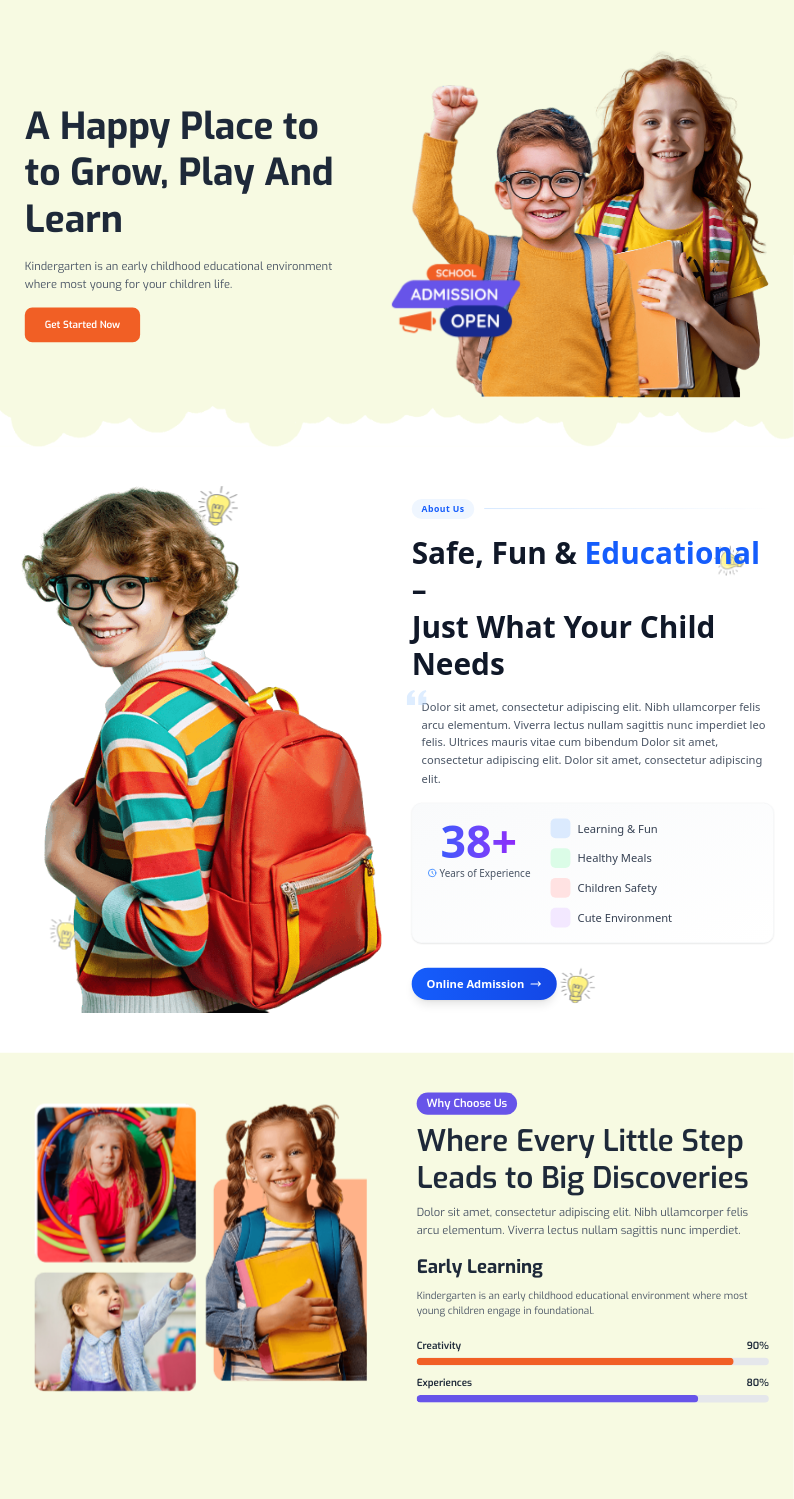
Repository: deepak445566/school
Page: / (app in okwork/)
The author's editor kept a copy of each file at every save. The page is drawn from the files as they stood at one save, then again after the next save.
The browser window is 1280 px wide. The pictures show the whole page, at 62% of full size.
Some web fonts or font styles are not loaded; a fallback is used. The project was rebuilt for these pictures with package versions that can differ from the ones it lists, and the page was loaded fresh each time. Some packages were replaced by stand-ins written for this rebuild. Also part of the build but not shown: okwork/vite.config.js.

Above is the page before, as saved 2026-02-18 18:58:48.

### okwork/index.html
<!doctype html>
<html lang="en">
  <head>
    <meta charset="UTF-8" />
    <link rel="icon" type="image/svg+xml" href="/vite.svg" />
    <meta name="viewport" content="width=device-width, initial-scale=1.0" />
    <title>okwork</title>
    <link rel="preconnect" href="https://fonts.googleapis.com">
<link rel="preconnect" href="https://fonts.gstatic.com" crossorigin>
<link href="https://fonts.googleapis.com/css2?family=Abril+Fatface&family=Alan+Sans:wght@300..900&family=Big+Shoulders:opsz,wght@10..72,100..900&family=Exo+2:ital,wght@0,100..900;1,100..900&family=Exo:ital,wght@0,100..900;1,100..900&family=Montserrat:ital,wght@0,100..900;1,100..900&family=Orbitron:wght@400..900&family=Poppins:ital,wght@0,100;0,200;0,300;0,400;0,500;0,600;0,700;0,800;0,900;1,100;1,200;1,300;1,400;1,500;1,600;1,700;1,800;1,900&family=Prata&family=Rajdhani:wght@300;400;500;600;700&display=swap" rel="stylesheet">
  </head>
  <body>
    <div id="root"></div>
    <script type="module" src="/src/main.jsx"></script>
  </body>
</html>

### okwork/src/index.css
@import "tailwindcss";


.exo {
  font-family: "Exo", sans-serif;

  font-style: normal;
}

### okwork/src/App.jsx
import React from 'react'
import Home from './components/Home'
import About from './components/About'
import WhyChooseUs from './components/WhyChooseUs'

function App() {
  return (
    <>
    <Home/>
    <About/>
    <WhyChooseUs/>
    </>
  )
}

export default App

### okwork/src/components/Home.jsx
import React from "react";

const Home = () => {
  // Image URL - using a high-quality free image
  const imageUrl =
    "/images/hero1.png";
  const kalagiImageUrl = "/images/text.png";
  return (
    <div className="min-h-screen bg-[#F7FAE2] overflow-hidden exo relative ">
      {/* Main container - centered with responsive padding */}
      <div className="container mx-auto px-6 py-12 md:px-12 lg:px-10 min-h-screen flex items-center relative z-10">

        {/* Flex container: column on mobile, row on desktop */}
        <div className="flex flex-col md:flex-row items-center gap-12 lg:gap-5 w-full">

          {/* LEFT SECTION: 40% width */}
          <div className="w-full md:w-[45%] text-center md:text-left space-y-6 md:space-y-6">
            {/* Heading with gradient effect */}
            <h1 className="text-4xl text-gray-800 md:text-5xl lg:text-6xl font-bold leading-tight exo">
             A Happy Place to
              <br />
              <span className="text-gray-800">to Grow, Play And </span>
              <br />
              <span className="text-gray-800">   Learn</span>
            </h1>

            {/* Paragraph description */}
            <p className="text-lg md:text-lg text-gray-600 max-w-2xl mx-auto md:mx-0">
           Kindergarten is an early childhood educational environment where
most young for your children life.
            </p>

            {/* Button with hover effects */}
            <div className="flex justify-center md:justify-start">
              <button className="group relative px-8 py-4 bg-[#F15F25] text-white font-semibold rounded-xl float hover:shadow-xl hover:transform hover:-translate-y-1 transition-all duration-300 ease-in-out">
                <span className="relative z-10">Get Started Now</span>
              </button>
            </div>
          </div>

          {/* RIGHT SECTION: 60% width */}
          <div className="w-full md:w-[55%] flex justify-center md:justify-end">
            <div className="relative w-full max-w-md lg:max-w-xl ">
              {/* Main image */}
              <img
                src={imageUrl}
                alt="Team collaboration in modern workspace"
                className="relative z-10 w-full h-auto rounded-2xl object-cover "
              />
               <img
                src={kalagiImageUrl}
                alt="Decorative element"
                className="absolute bottom-0 left-7 lg:left-0 z-20 w-24 h-24 md:w-52 md:h-52 object-contain -translate-x-4 -translate-y-4 animate-bounce-slow"
              />
            </div>
          </div>
        </div>

      </div>
        <div className=" absolute bottom-0  z-1000">
          <img src="/images/hero-line.png" className="w-full"/>
        </div>

      {/* Add custom animation keyframes */}
       <style jsx>{`
        @keyframes blob {
          0% { transform: translate(0px, 0px) scale(1); }
          33% { transform: translate(30px, -50px) scale(1.1); }
          66% { transform: translate(-20px, 20px) scale(0.9); }
          100% { transform: translate(0px, 0px) scale(1); }
        }

        @keyframes float {
          0% {
            transform: translateY(0px);
          }
          50% {
            transform: translateY(-20px);
          }
          100% {
            transform: translateY(0px);
          }
        }

        @keyframes bounce-slow {
          0%, 100% {
            transform: translate(-1rem, -1rem) translateY(0);
          }
          50% {
            transform: translate(-1rem, -1rem) translateY(-20px);
          }
        }

        .animate-blob {
          animation: blob 7s infinite;
        }

        .animate-float {
          animation: float 6s ease-in-out infinite;
        }

        .animate-bounce-slow {
          animation: bounce-slow 4s ease-in-out infinite;
        }

        .animation-delay-2000 {
          animation-delay: 2s;
        }
      `}</style>
    </div>
  );
};

export default Home;

### okwork/src/components/About.jsx
import React from 'react';

// Import images at the top for easy path management


const About = () => {
  const bulbIcon =
    "/images/tubelight.png";
    const starIcon =
    "/images/tubelight.png";
    const aboutImage =
    "/images/about-1.png";
  return (
    <div className="max-w-7xl mx-auto px-4 sm:px-6 lg:px-8 py-12 md:py-16 relative">
      {/* Animated elements - increased size */}
      <div className="absolute top-20 left-1/4 animate-bounce">
        <img src={bulbIcon} alt="bulb" className="w-16 h-16 opacity-50" />
      </div>
      <div className="absolute bottom-20 right-1/4 animate-pulse">
        <img src={starIcon} alt="star" className="w-14 h-14 opacity-50" />
      </div>
      <div className="absolute top-40 right-20 animate-spin-slow">
        <img src={starIcon} alt="star" className="w-12 h-12 opacity-40" />
      </div>
      <div className="absolute bottom-40 left-20 animate-float">
        <img src={bulbIcon} alt="bulb" className="w-14 h-14 opacity-40" />
      </div>

      <div className="flex flex-col lg:flex-row gap-8 lg:gap-12 items-center relative z-10">
        {/* Left side - Image */}
        <div className="lg:w-1/2 w-full">
          <img
            src={aboutImage}
            alt="About Us"
            className="w-full h-auto rounded-lg object-cover "
          />
        </div>

        {/* Right side - Content */}
        <div className="lg:w-1/2 w-full space-y-6">
          {/* About Us Label with decorative line */}
          <div className="flex items-center gap-4">
            <span className="text-sm font-semibold text-blue-600 tracking-wider bg-blue-50 px-4 py-1.5 rounded-full">
              About Us
            </span>
            <div className="h-px flex-1 bg-gradient-to-r from-blue-200 to-transparent"></div>
          </div>

          {/* Main Heading */}
          <h1 className="font-helvetica text-4xl md:text-5xl font-bold text-gray-900 leading-tight">
            Safe, Fun & <span className="text-blue-600">Educational</span> –<br />
            Just What Your Child Needs
          </h1>

          {/* Description with quote icon */}
          <div className="relative">
            <svg className="absolute -top-4 -left-2 w-8 h-8 text-blue-200 opacity-50" fill="currentColor" viewBox="0 0 24 24">
              <path d="M14.017 21v-7.391c0-5.704 3.731-9.57 8.983-10.609l.995 2.151c-2.432.917-3.995 3.638-3.995 5.849h4v10h-9.983zm-14.017 0v-7.391c0-5.704 3.748-9.57 9-10.609l.996 2.151c-2.433.917-3.996 3.638-3.996 5.849h3.983v10h-9.983z" />
            </svg>
            <p className="text-gray-600 text-base md:text-lg leading-relaxed pl-4">
              Dolor sit amet, consectetur adipiscing elit. Nibh ullamcorper felis arcu elementum.
              Viverra lectus nullam sagittis nunc imperdiet leo felis. Ultrices mauris vitae cum
              bibendum Dolor sit amet, consectetur adipiscing elit. Dolor sit amet, consectetur
              adipiscing elit.
            </p>
          </div>

          {/* Stats and Features - Improved UI */}
          <div className="bg-gradient-to-br from-gray-50 to-white p-6 rounded-2xl border border-gray-100 shadow-sm">
            <div className="flex flex-wrap items-start gap-8">
              {/* Left side - 38+ Experience with improved styling */}
              <div className="flex-shrink-0 text-center">
                <div className="text-6xl md:text-7xl font-bold text-transparent bg-clip-text bg-gradient-to-r from-blue-600 to-purple-600">
                  38+
                </div>
                <div className="text-gray-600 mt-1 font-medium flex items-center gap-1">
                  <svg className="w-4 h-4 text-blue-500" fill="none" stroke="currentColor" viewBox="0 0 24 24">
                    <path strokeLinecap="round" strokeLinejoin="round" strokeWidth={2} d="M12 8v4l3 3m6-3a9 9 0 11-18 0 9 9 0 0118 0z" />
                  </svg>
                  Years of Experience
                </div>
              </div>

              {/* Right side - Features list with improved styling */}
              <div className="space-y-4 flex-1">
                {/* Learning & Fun */}
                <div className="flex items-center gap-3 group hover:translate-x-1 transition-transform duration-300">
                  <div className="w-8 h-8 bg-blue-100 rounded-lg flex items-center justify-center group-hover:bg-blue-200 transition-colors">

                  </div>
                  <span className="text-gray-700 text-lg font-medium">Learning & Fun</span>
                </div>

                {/* Healthy Meals */}
                <div className="flex items-center gap-3 group hover:translate-x-1 transition-transform duration-300">
                  <div className="w-8 h-8 bg-green-100 rounded-lg flex items-center justify-center group-hover:bg-green-200 transition-colors">

                  </div>
                  <span className="text-gray-700 text-lg font-medium">Healthy Meals</span>
                </div>

                {/* Children Safety */}
                <div className="flex items-center gap-3 group hover:translate-x-1 transition-transform duration-300">
                  <div className="w-8 h-8 bg-red-100 rounded-lg flex items-center justify-center group-hover:bg-red-200 transition-colors">

                  </div>
                  <span className="text-gray-700 text-lg font-medium">Children Safety</span>
                </div>

                {/* Cute Environment */}
                <div className="flex items-center gap-3 group hover:translate-x-1 transition-transform duration-300">
                  <div className="w-8 h-8 bg-purple-100 rounded-lg flex items-center justify-center group-hover:bg-purple-200 transition-colors">

                  </div>
                  <span className="text-gray-700 text-lg font-medium">Cute Environment</span>
                </div>
              </div>
            </div>
          </div>

          {/* Online Admission Link with improved styling */}
          <div className="pt-4">
            <a
              href="#"
              className="inline-flex items-center gap-2 text-lg font-semibold text-white bg-gradient-to-r from-blue-600 to-blue-700 hover:from-blue-700 hover:to-blue-800 px-6 py-3 rounded-full shadow-lg hover:shadow-xl transition-all duration-300 group"
            >
              Online Admission
              <svg className="w-5 h-5 group-hover:translate-x-1 transition-transform" fill="none" stroke="currentColor" viewBox="0 0 24 24">
                <path strokeLinecap="round" strokeLinejoin="round" strokeWidth={2} d="M17 8l4 4m0 0l-4 4m4-4H3" />
              </svg>
            </a>
          </div>
        </div>
      </div>

      {/* Add custom animations to your global CSS */}
      <style jsx>{`
        @keyframes spin-slow {
          from {
            transform: rotate(0deg);
          }
          to {
            transform: rotate(360deg);
          }
        }
        .animate-spin-slow {
          animation: spin-slow 8s linear infinite;
        }

        @keyframes float {
          0%, 100% {
            transform: translateY(0px);
          }
          50% {
            transform: translateY(-20px);
          }
        }
        .animate-float {
          animation: float 5s ease-in-out infinite;
        }
      `}</style>
    </div>
  );
};

export default About;

### okwork/src/components/WhyChooseUs.jsx
import React from "react";

const WhyChooseUs = () => {
  return (
    <div className="min-h-screen bg-[#F7FAE2] overflow-hidden exo py-16">
      <div className="container mx-auto px-6 md:px-12 lg:px-10">

        {/* Flex container: column on mobile, row on desktop */}
        <div className="flex flex-col md:flex-row items-center gap-12 lg:gap-16">

          {/* LEFT SECTION - Pinterest style 3 images */}
          <div className="w-full md:w-1/2">
            <div className="grid grid-cols-2 gap-4 lg:p-4">
              {/* Left column - 2 images stacked */}
              <div className="space-y-4">
                {/* Top left image */}
                <div className="relative overflow-hidden rounded-2xl transition-all duration-300 transform hover:-translate-y-1">
                  <img
                    src="/images/choose1.png" // Replace with your image path
                    alt="Pinterest style 1"
                    className="w-full h-64 object-cover"
                  />
                </div>

                {/* Bottom left image */}
                <div className="relative overflow-hidden rounded-2xl transition-all duration-300 transform hover:-translate-y-1">
                  <img
                    src="/images/choose2.jpg" // Replace with your image path
                    alt="Pinterest style 2"
                    className="w-full h-48 object-cover"
                  />
                </div>
              </div>

              {/* Right column - 1 tall image */}
              <div className="relative overflow-hidden rounded-2xl transition-all duration-300 transform hover:-translate-y-1">
                <img
                  src="/images/choose3.png" // Replace with your image path
                  alt="Pinterest style 3"
                  className="w-full h-[28rem] object-cover"
                />
              </div>
            </div>
          </div>

          {/* RIGHT SECTION - Content (same as before) */}
          <div className="w-full md:w-1/2 space-y-3 exo">
            {/* Small heading */}
            <h2 className="text-white bg-[#6754E9] rounded-4xl w-fit  text-lg  px-4  py-1 font-semibold ">
              Why Choose Us
            </h2>

            {/* Main heading */}
            <h1 className="text-3xl md:text-4xl lg:text-5xl font-semibold text-gray-800 leading-tight">
              Where Every Little Step <br />
              Leads to Big Discoveries
            </h1>

            {/* Description */}
            <p className="text-gray-600 text-base md:text-lg max-w-2xl ">
              Dolor sit amet, consectetur adipiscing elit. Nibh ullamcorper felis arcu elementum.
              Viverra lectus nullam sagittis nunc imperdiet.
            </p>

            {/* Early Learning section */}
            <div className="space-y-4 pt-4">
              <h3 className="text-2xl md:text-3xl font-bold text-gray-800">
                Early Learning
              </h3>

              <p className="text-gray-600">
                Kindergarten is an early childhood educational environment where
                most young children engage in foundational.
              </p>

              {/* Progress bars */}
              <div className="space-y-4 pt-4">
                {/* Creativity */}
                <div className="space-y-2">
                  <div className="flex justify-between items-center">
                    <span className="text-gray-800 font-semibold">Creativity</span>
                    <span className="text-gray-800 font-semibold">90%</span>
                  </div>
                  <div className="w-full h-3 bg-gray-200 rounded-full overflow-hidden">
                    <div
                      className="h-full bg-[#F15F25] rounded-full"
                      style={{ width: '90%' }}
                    ></div>
                  </div>
                </div>

                {/* Experiences */}
                <div className="space-y-2">
                  <div className="flex justify-between items-center">
                    <span className="text-gray-800 font-semibold">Experiences</span>
                    <span className="text-gray-800 font-semibold">80%</span>
                  </div>
                  <div className="w-full h-3 bg-gray-200 rounded-full overflow-hidden">
                    <div
                      className="h-full bg-[#6754E9] rounded-full"
                      style={{ width: '80%' }}
                    ></div>
                  </div>
                </div>
              </div>
            </div>
          </div>
        </div>
      </div>
    </div>
  );
};

export default WhyChooseUs;

Loaded but not shown: okwork/src/main.jsx (common file)

After the next save:
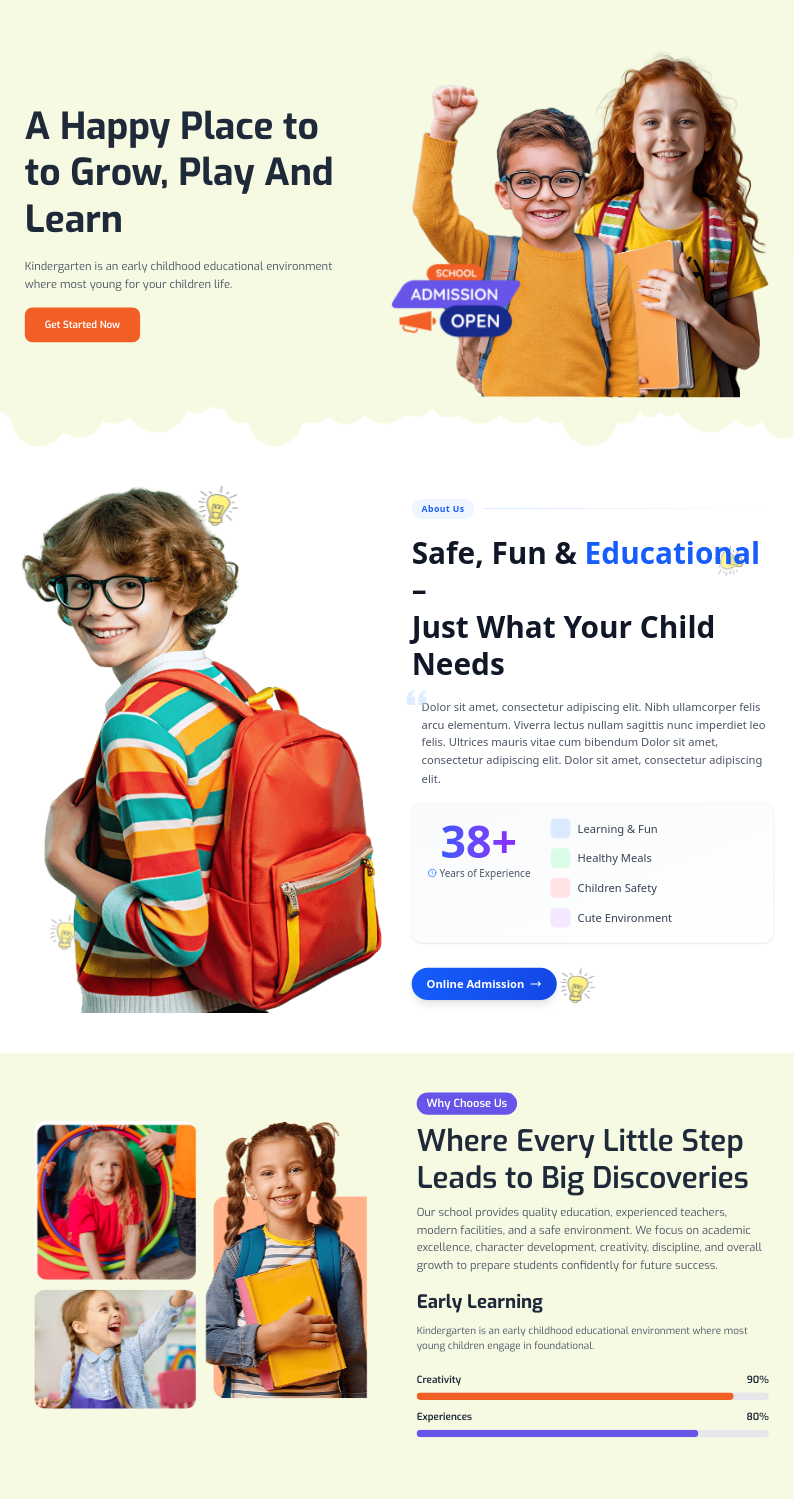
Saved 75 s later.
--- a/okwork/src/components/WhyChooseUs.jsx
+++ b/okwork/src/components/WhyChooseUs.jsx
@@ -58,8 +58,7 @@ const WhyChooseUs = () => {
 
             {/* Description */}
             <p className="text-gray-600 text-base md:text-lg max-w-2xl ">
-              Dolor sit amet, consectetur adipiscing elit. Nibh ullamcorper felis arcu elementum.
-              Viverra lectus nullam sagittis nunc imperdiet.
+             Our school provides quality education, experienced teachers, modern facilities, and a safe environment. We focus on academic excellence, character development, creativity, discipline, and overall growth to prepare students confidently for future success.
             </p>
 
             {/* Early Learning section */}
